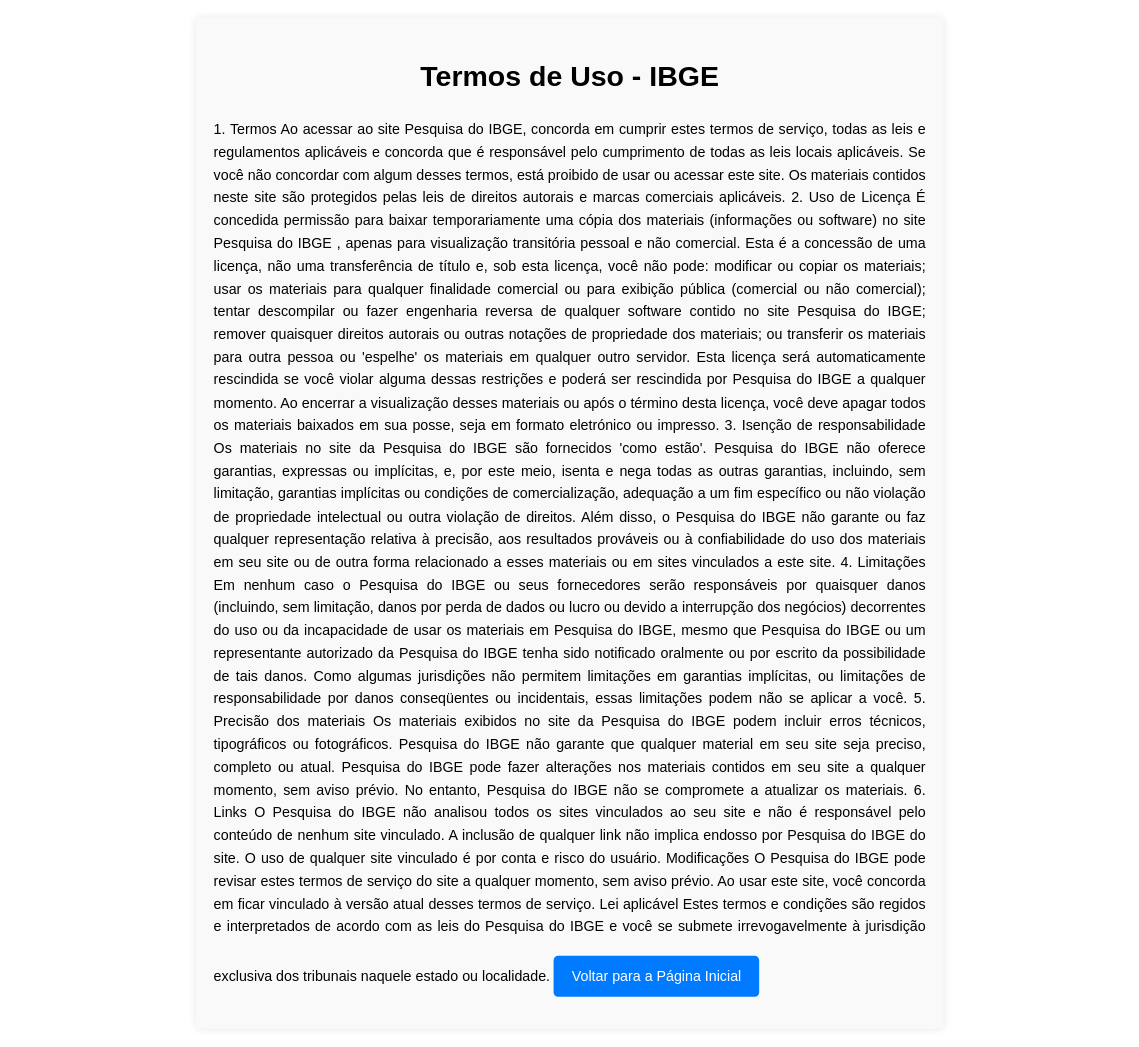
Repository: Gabrielb0rn/Projeto-Formul-rio.io
Page: TDU.html
An editor plug-in stored every save of this project. The page is shown before and after the next save, followed by the edit.
The browser window is 1280 px wide. The pictures show the whole page, at 89% of full size.

Above is the page before, as saved 2024-07-07 11:51:02.

### TDU.html
<!DOCTYPE html>
<html lang="pt-BR">
<head>
    <meta charset="UTF-8">
    <meta name="viewport" content="width=device-width, initial-scale=1.0">
    <title>Termos de Uso - IBGE</title>
    <style>
        body {
            font-family: Arial, sans-serif;
            line-height: 1.6;
            margin: 20px;
        }
        .container {
            max-width: 800px;
            margin: 0 auto;
            padding: 20px;
            background-color: #f9f9f9;
            border-radius: 5px;
            box-shadow: 0 0 10px rgba(0,0,0,0.1);
        }
        h1 {
            text-align: center;
            margin-bottom: 20px;
        }
        p {
            text-align: justify;
        }
        .btn-back {
            display: inline-block;
            padding: 10px 20px;
            background-color: #007bff;
            color: #fff;
            text-decoration: none;
            border-radius: 5px;
            cursor: pointer;
            margin-top: 20px;
        }
        .btn-back:hover {
            background-color: #0056b3;
        }
    </style>
</head>
<body>
    <div class="container">
        <h1>Termos de Uso - IBGE</h1>

        <p>1. Termos
            Ao acessar ao site Pesquisa do IBGE, concorda em cumprir estes termos de serviço, todas as leis e regulamentos aplicáveis ​​e concorda que é responsável pelo cumprimento de todas as leis locais aplicáveis. Se você não concordar com algum desses termos, está proibido de usar ou acessar este site. Os materiais contidos neste site são protegidos pelas leis de direitos autorais e marcas comerciais aplicáveis.

            2. Uso de Licença
            É concedida permissão para baixar temporariamente uma cópia dos materiais (informações ou software) no site Pesquisa do IBGE , apenas para visualização transitória pessoal e não comercial. Esta é a concessão de uma licença, não uma transferência de título e, sob esta licença, você não pode:

            modificar ou copiar os materiais;
            usar os materiais para qualquer finalidade comercial ou para exibição pública (comercial ou não comercial);
            tentar descompilar ou fazer engenharia reversa de qualquer software contido no site Pesquisa do IBGE;
            remover quaisquer direitos autorais ou outras notações de propriedade dos materiais; ou
            transferir os materiais para outra pessoa ou 'espelhe' os materiais em qualquer outro servidor.
            Esta licença será automaticamente rescindida se você violar alguma dessas restrições e poderá ser rescindida por Pesquisa do IBGE a qualquer momento. Ao encerrar a visualização desses materiais ou após o término desta licença, você deve apagar todos os materiais baixados em sua posse, seja em formato eletrónico ou impresso.

            3. Isenção de responsabilidade
            Os materiais no site da Pesquisa do IBGE são fornecidos 'como estão'. Pesquisa do IBGE não oferece garantias, expressas ou implícitas, e, por este meio, isenta e nega todas as outras garantias, incluindo, sem limitação, garantias implícitas ou condições de comercialização, adequação a um fim específico ou não violação de propriedade intelectual ou outra violação de direitos.
            Além disso, o Pesquisa do IBGE não garante ou faz qualquer representação relativa à precisão, aos resultados prováveis ​​ou à confiabilidade do uso dos materiais em seu site ou de outra forma relacionado a esses materiais ou em sites vinculados a este site.
            4. Limitações
            Em nenhum caso o Pesquisa do IBGE ou seus fornecedores serão responsáveis ​​por quaisquer danos (incluindo, sem limitação, danos por perda de dados ou lucro ou devido a interrupção dos negócios) decorrentes do uso ou da incapacidade de usar os materiais em Pesquisa do IBGE, mesmo que Pesquisa do IBGE ou um representante autorizado da Pesquisa do IBGE tenha sido notificado oralmente ou por escrito da possibilidade de tais danos. Como algumas jurisdições não permitem limitações em garantias implícitas, ou limitações de responsabilidade por danos conseqüentes ou incidentais, essas limitações podem não se aplicar a você.

            5. Precisão dos materiais
            Os materiais exibidos no site da Pesquisa do IBGE podem incluir erros técnicos, tipográficos ou fotográficos. Pesquisa do IBGE não garante que qualquer material em seu site seja preciso, completo ou atual. Pesquisa do IBGE pode fazer alterações nos materiais contidos em seu site a qualquer momento, sem aviso prévio. No entanto, Pesquisa do IBGE não se compromete a atualizar os materiais.

            6. Links
            O Pesquisa do IBGE não analisou todos os sites vinculados ao seu site e não é responsável pelo conteúdo de nenhum site vinculado. A inclusão de qualquer link não implica endosso por Pesquisa do IBGE do site. O uso de qualquer site vinculado é por conta e risco do usuário.



            Modificações
            O Pesquisa do IBGE pode revisar estes termos de serviço do site a qualquer momento, sem aviso prévio. Ao usar este site, você concorda em ficar vinculado à versão atual desses termos de serviço.

            Lei aplicável
            Estes termos e condições são regidos e interpretados de acordo com as leis do Pesquisa do IBGE e você se submete irrevogavelmente à jurisdição exclusiva dos tribunais naquele estado ou localidade.

        <a href="index.html" class="btn-back">Voltar para a Página Inicial</a>
    </div>
</body>
</html>

After the next save:
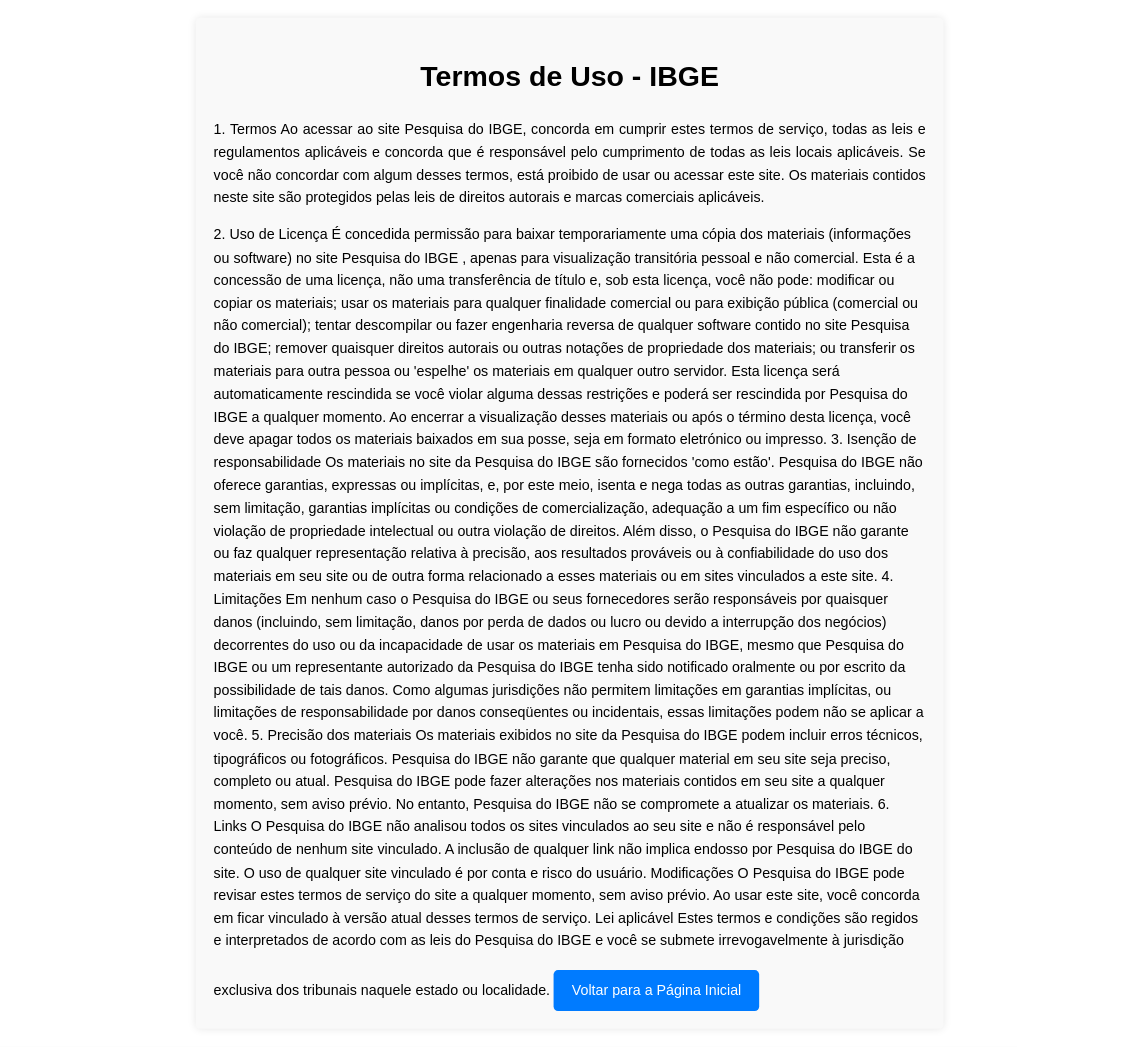
Saved 20 s later.
--- a/TDU.html
+++ b/TDU.html
@@ -45,7 +45,7 @@
         <h1>Termos de Uso - IBGE</h1>
 
         <p>1. Termos
-            Ao acessar ao site Pesquisa do IBGE, concorda em cumprir estes termos de serviço, todas as leis e regulamentos aplicáveis ​​e concorda que é responsável pelo cumprimento de todas as leis locais aplicáveis. Se você não concordar com algum desses termos, está proibido de usar ou acessar este site. Os materiais contidos neste site são protegidos pelas leis de direitos autorais e marcas comerciais aplicáveis.
+            Ao acessar ao site Pesquisa do IBGE, concorda em cumprir estes termos de serviço, todas as leis e regulamentos aplicáveis ​​e concorda que é responsável pelo cumprimento de todas as leis locais aplicáveis. Se você não concordar com algum desses termos, está proibido de usar ou acessar este site. Os materiais contidos neste site são protegidos pelas leis de direitos autorais e marcas comerciais aplicáveis. <p></p>
 
             2. Uso de Licença
             É concedida permissão para baixar temporariamente uma cópia dos materiais (informações ou software) no site Pesquisa do IBGE , apenas para visualização transitória pessoal e não comercial. Esta é a concessão de uma licença, não uma transferência de título e, sob esta licença, você não pode:
